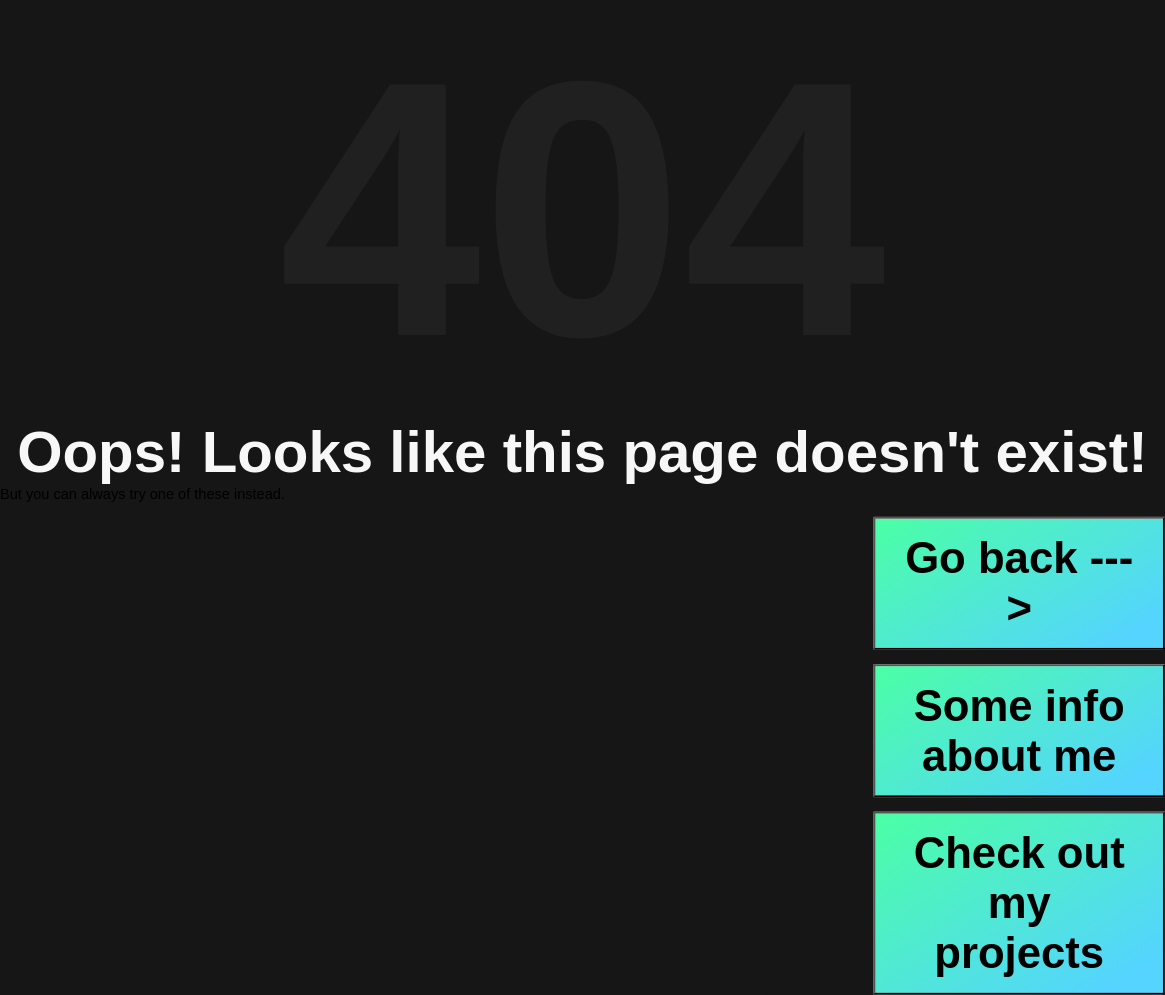
Repository: TeeJaysDev/Portfolio
Page: 404.html
An editor plug-in stored every save of this project. The page is shown before and after a run of saves, followed by the edit.
The browser window is 1280 px wide. The pictures show the whole page, at 91% of full size.

Above is the page before, as saved 2021-08-26 21:56:28.

After the next 3 saves:
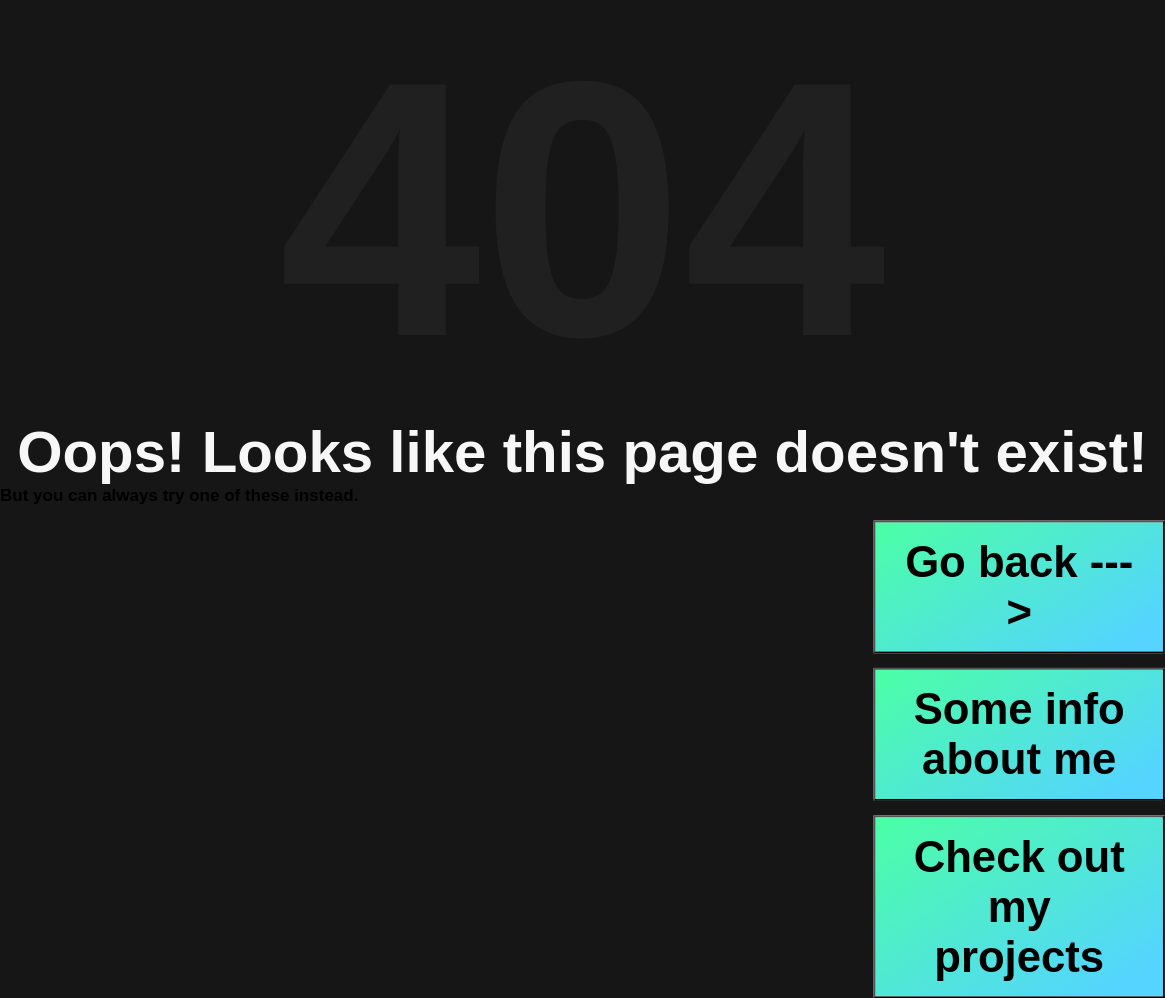
The 3 saves are shown as one change because they came seconds apart.
The last was saved 12 s later.
--- a/404.html
+++ b/404.html
@@ -18,6 +18,7 @@
         <h1>
             Oops! Looks like this page doesn't exist!
         </h1>
+        <h3>
             But you can always try one of these instead.
         <button>
             <a href="https://teejay.dev" target="_blank" rel="noopener">Go back ---></a>
